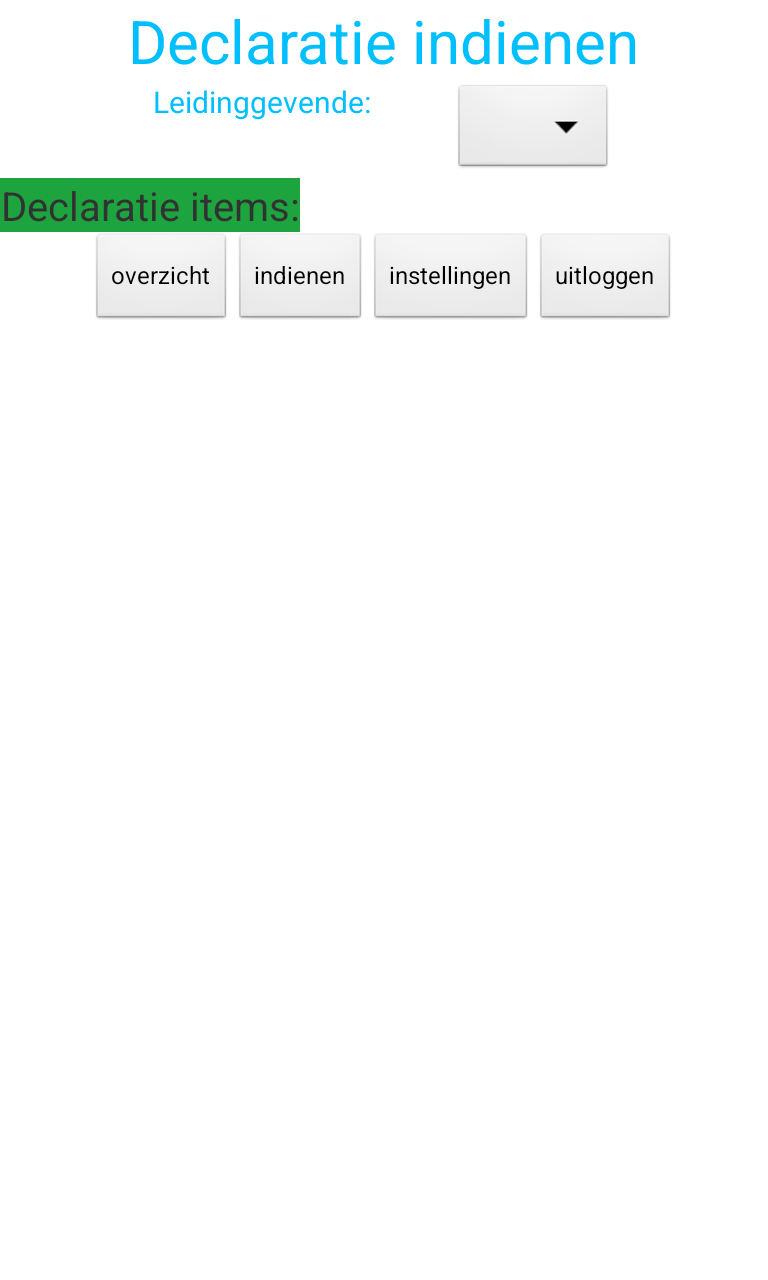
Repository: alexanderbolhuis/ilmoitus_mobile
Layout: LoginActivity/res/layout/activity_declare.xml
The author's editor kept a copy of each file at every save. The layout is drawn from the files as they stood at one save, then again after the next save.
It is drawn on a 768 x 1280 px phone screen (xhdpi) without system bars, with theme AppTheme; the app's code is not run.

Above is the layout before, as saved 2014-05-04 19:22:46.

After the next save:
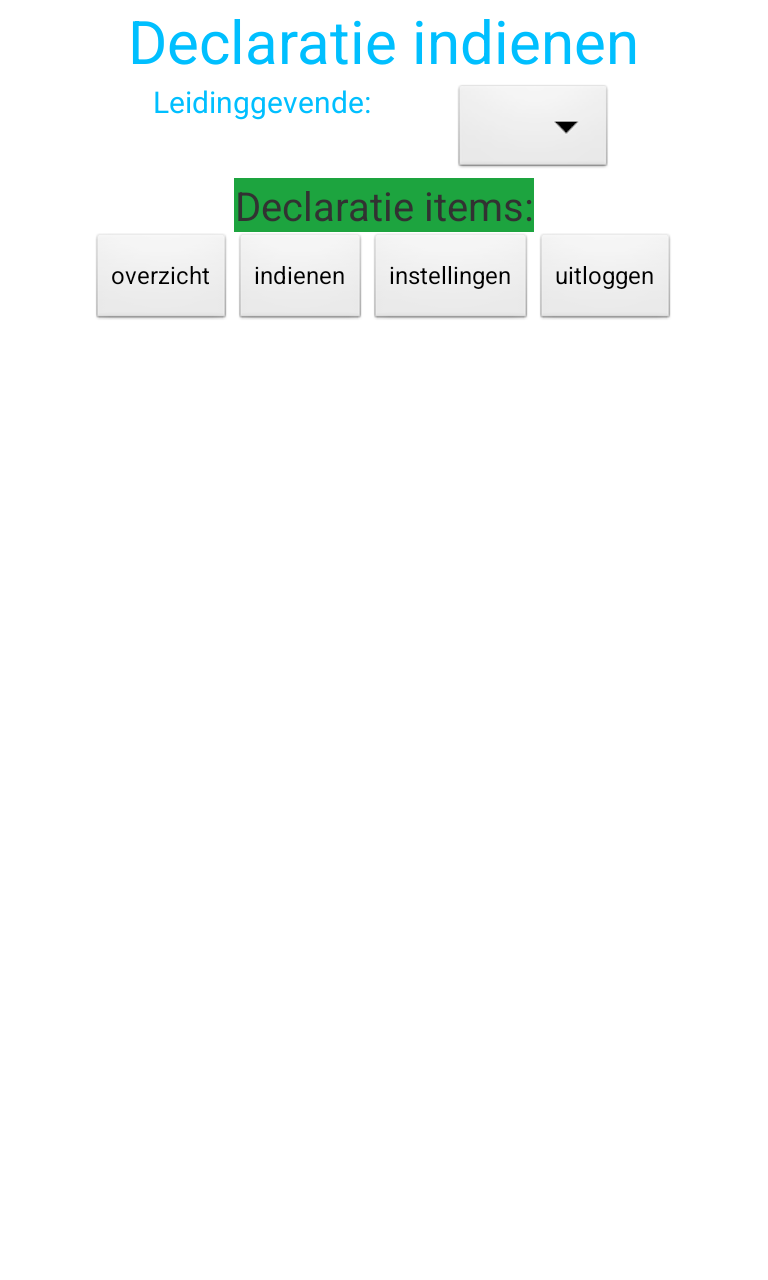
Saved 2 min 23 s later.
--- a/LoginActivity/res/layout/activity_declare.xml
+++ b/LoginActivity/res/layout/activity_declare.xml
@@ -38,13 +38,15 @@
                 android:layout_width="match_parent"
 		        android:layout_height="wrap_content"
                 android:gravity="center"
-                android:prompt="@string/prompt_spinner" />
+                android:prompt="@string/prompt_spinner"
+                android:width="10px" />
         </TableRow>
 
         <TableRow
             android:id="@+id/tableRow2"
             android:layout_width="match_parent"
-            android:layout_height="wrap_content">
+            android:layout_height="wrap_content"
+            android:gravity="center_horizontal">
 
             <TextView
 		        android:layout_width="match_parent"
